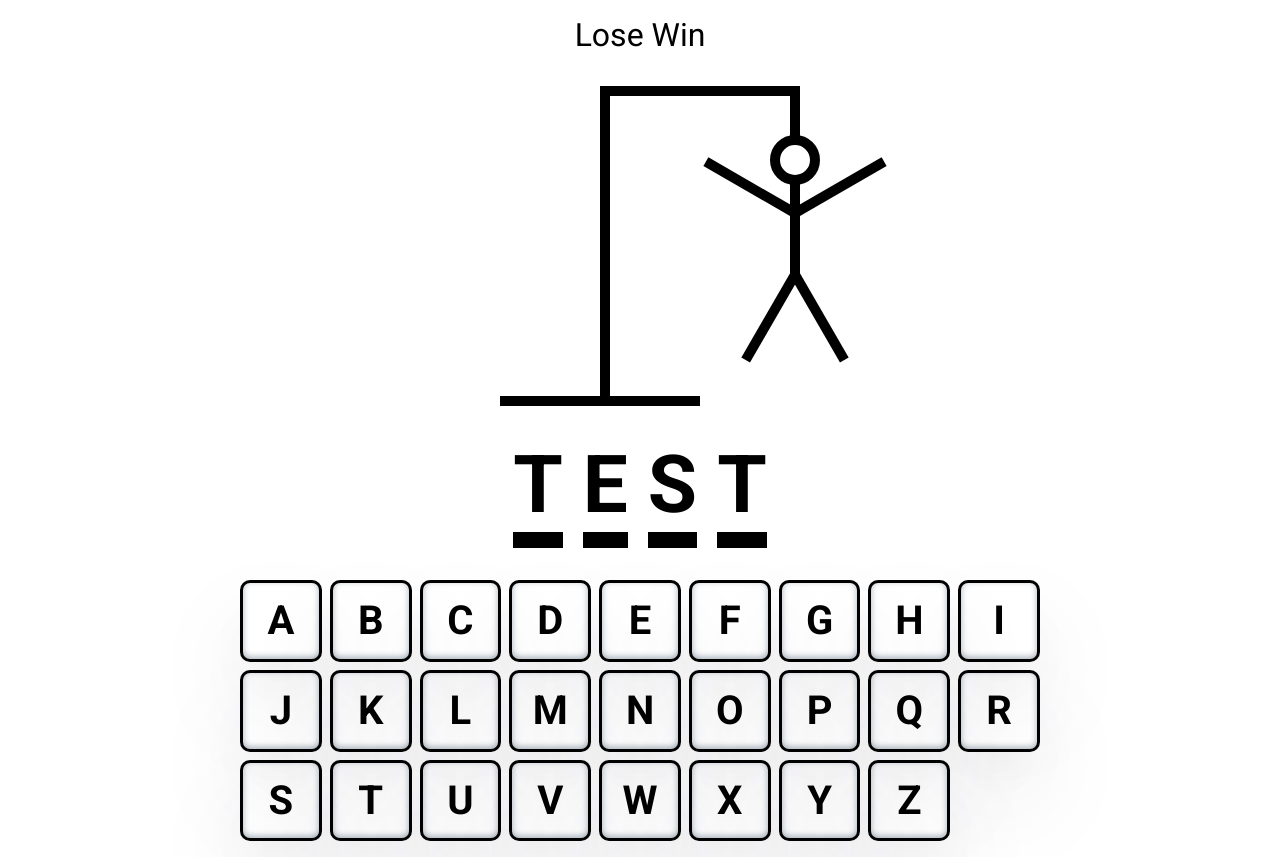
Repository: guilhermecardoso93/jogodaforca
Page: /
These files come from the project's save history. The page is drawn as it stood at one moment and after the next save; the edit follows.
The browser window is 1280 px wide. The pictures show the whole page.
The project was rebuilt for these pictures with package versions that can differ from the ones it lists, and the page was loaded fresh each time. Also part of the build but not shown: vite.config.ts.

Above is the page before, as saved 2022-12-06 21:46:12.

### index.html
<!DOCTYPE html>
<html lang="en">
  <head>
    <meta charset="UTF-8" />
    <link rel="icon" type="image/svg+xml" href="/vite.svg" />
    <meta name="viewport" content="width=device-width, initial-scale=1.0" />
    <link rel="preconnect" href="https://fonts.googleapis.com"><link
      rel="preconnect" href="https://fonts.gstatic.com" crossorigin><link
      href="https://fonts.googleapis.com/css2?family=Roboto:ital,wght@0,400;0,500;0,700;1,400&display=swap"
      rel="stylesheet">
    <title>Vite + React + TS</title>
  </head>
  <body>
    <div id="root"></div>
    <script type="module" src="/src/main.tsx"></script>
  </body>
</html>

### src/App.tsx
import { useState } from "react";
import words from "./wordList.json";

import { HangmanDrawing } from "./components/HangmanDrawing";
import { HangmanWord } from "./components/HangmanWord";
import { Keyboard } from "./components/Keyboard";

import "./App.css";

export function App() {
  const randomWords = () => {
    return words[Math.floor(Math.random() * words.length)];
  };

  const [wordToGuess, setWordToGuess] = useState(randomWords);
  const [guessedLetters, setGuessedLetters] = useState<string[]>([]);

  console.log(wordToGuess);
  return (
    <div className="container">
      <div className="loseOrWin">Lose Win</div>
      <HangmanDrawing />
      <HangmanWord />
      <div style={{ alignSelf: "stretch" }}>
        <Keyboard />
      </div>
    </div>
  );
}

### src/wordList.json
[
  "capaz",
  "sobre",
  "absoluto",
  "aceitar",
  "conta",
  "alcançar",
  "através",
  "ativo",
  "real",
  "Admitem",
  "anunciar",
  "afetar",
  "proporcionar",
  "depois",
  "tarde",
  "novamente",
  "contra",
  "agente",
  "aceita",
  "permitir",
  "quase",
  "já",
  "tudo bem",
  "também",
  "Apesar",
  "sempre",
  "América",
  "quantia",
  "outro",
  "responda",
  "separado",
  "aparente",
  "aparecer",
  "Aplique",
  "nomear",
  "abordagem",
  "apropriado",
  "área",
  "argumentar",
  "arranjo",
  "associado",
  "presumir",
  "participar",
  "autoridade",
  "acessível",
  "consciente",
  "horrível",
  "bebê",
  "Saldo",
  "bola",
  "banco",
  "base",
  "base",
  "urso",
  "bater",
  "beleza",
  "Porque",
  "antes da",
  "começar",
  "acreditam",
  "beneficiar",
  "melhor",
  "entre",
  "conta",
  "nascimento",
  "Preto",
  "cara",
  "sangue",
  "golpe",
  "limite",
  "linha",
  "Lista",
  "ouço",
  "pequena",
  "viver",
  "carregar",
  "local",
  "trancar",
  "Londres",
  "grandes",
  "olhar",
  "senhor",
  "perder",
  "amor",
  "sorte",
  "almoço",
  "máquina",
  "faço",
  "gerir",
  "muitos",
  "marca",
  "mercado",
  "casar",
  "Combine",
  "matéria",
  "significa",
  "significado",
  "a medida",
  "encontrar",
  "membro",
  "menção",
  "meio",
  "poderia",
  "milha",
  "ouvir",
  "coração",
  "aquecer",
  "pesado",
  "inferno",
  "ajuda",
  "aqui",
  "Alto",
  "história",
  "aguarde",
  "feriado",
  "casa",
  "honesto",
  "esperança",
  "cavalo",
  "hospital",
  "hora",
  "lar",
  "Contudo",
  "olá",
  "centenas",
  "esposo",
  "idéia",
  "identificar",
  "Imagine",
  "importante",
  "melhorar",
  "incluir",
  "renda",
  "aumentar",
  "na verdade",
  "Individual",
  "indústria",
  "informar",
  "garantir",
  "interesse",
  "em",
  "introduzir",
  "investir",
  "envolver",
  "questão",
  "item",
  "Jesus",
  "Junte",
  "juiz",
  "pular",
  "apenas",
  "guarda",
  "matar",
  "Gentil",
  "rei",
  "cozinha",
  "bater",
  "conhecer",
  "trabalho",
  "senhora",
  "terra",
  "Língua",
  "ampla",
  "último",
  "tarde",
  "riso",
  "conduzir",
  "aprender",
  "sair",
  "deixei",
  "menos",
  "carta",
  "nível",
  "vida",
  "leve",
  "Curti",
  "provável",
  "cinco",
  "apartamento",
  "piso",
  "Segue",
  "Comida",
  "pé",
  "força",
  "esquecer",
  "Formato",
  "fortuna",
  "frente",
  "quatro",
  "França",
  "gratuitamente",
  "amigo",
  "a partir de",
  "frente",
  "cheio",
  "função",
  "fundo",
  "futuro",
  "jogos",
  "jardim",
  "em geral",
  "Alemanha",
  "menina",
  "dar",
  "vidro",
  "Boa",
  "adeus",
  "governo",
  "grande",
  "conceder",
  "excelente",
  "verde",
  "chão",
  "grupo",
  "crescer",
  "acho",
  "cabelo",
  "metade",
  "corredor",
  "mão",
  "pendurar",
  "acontecer",
  "feliz",
  "duro",
  "odiar",
  "tenho",
  "cabeça",
  "saúde"
]

### src/components/HangmanDrawing.tsx
const HEAD = (
  <div
    style={{
      width: "50px",
      height: "50px",
      borderRadius: "100%",
      border: "10px solid black",
      position: "absolute",
      top: "49px",
      right: "-20px",
    }}
  />
);

const BODY = (
  <div
    style={{
      width: "10px",
      height: "100px",
      background: "black",
      position: "absolute",
      top: "90px",
      right: 0,
    }}
  />
);

const RIGHT_ARM = (
  <div
    style={{
      width: "100px",
      height: "10px",
      background: "black",
      position: "absolute",
      top: "120px",
      right: "-100px",
      rotate: "-30deg",
      transformOrigin: "left bottom",
    }}
  />
);

const LEFT_ARM = (
  <div
    style={{
      width: "100px",
      height: "10px",
      background: "black",
      position: "absolute",
      top: "120px",
      right: "10px",
      rotate: "30deg",
      transformOrigin: "right bottom",
    }}
  />
);

const RIGHT_LEG = (
  <div
    style={{
      width: "100px",
      height: "10px",
      background: "black",
      position: "absolute",
      top: "180px",
      right: "-90px",
      rotate: "60deg",
      transformOrigin: "left bottom",
    }}
  />
);

const LEFT_LEG = (
  <div
    style={{
      width: "100px",
      height: "10px",
      background: "black",
      position: "absolute",
      top: "180px",
      right: 0,
      rotate: "-60deg",
      transformOrigin: "right bottom",
    }}
  />
);

const BODY_PARTS = [HEAD, BODY, RIGHT_ARM, LEFT_ARM, RIGHT_LEG, LEFT_LEG];

type HangmanDrawingProps = {
  numberOfGuesses: number
}

export function HangmanDrawing({numberOfGuesses}:HangmanDrawingProps ) {
  return (
    <div style={{ position: "relative" }}>
      {BODY_PARTS.slice(0, numberOfGuesses)}
      <div
        style={{
          height: "50px",
          width: "10px",
          background: "black",
          position: "absolute",
          top: 0,
          right: 0,
        }}
      />
      <div
        style={{
          height: "10px",
          width: "200px",
          background: "black",
          marginLeft: "120px",
        }}
      />
      <div
        style={{
          height: "300px",
          width: "10px",
          background: "black",
          marginLeft: "120px",
        }}
      />
      <div style={{ height: "10px", width: "200px", marginLeft: '20px', background: "black" }} />
    </div>
  );
}

### src/components/HangmanWord.tsx
import "../App.css";

export function HangmanWord() {
  const word = "test";
  const guessedLetters = ["t", "e", "s"];

  return (
    <div className="HangmanWordContainer">
      {word.split("").map((letter, index) => (
        <span key={index}>
          <span
            style={{
              visibility: guessedLetters.includes(letter)
                ? "visible"
                : "hidden",
            }}
          >
            {letter}
          </span>
        </span>
      ))}
    </div>
  );
}

### src/components/Keyboard.tsx
import styles from "./Keyboard.module.css";
const KEYS = [
  "a",
  "b",
  "c",
  "d",
  "e",
  "f",
  "g",
  "h",
  "i",
  "j",
  "k",
  "l",
  "m",
  "n",
  "o",
  "p",
  "q",
  "r",
  "s",
  "t",
  "u",
  "v",
  "w",
  "x",
  "y",
  "z",
];

export function Keyboard() {
  return (
    <div className={styles.KeyboardContainer}>
      {KEYS.map((key) => {
        return (
          <button key={key} className={styles.btn}>
            {key}
          </button>
        );
      })}
    </div>
  );
}

### src/App.css
* {
  margin: 0;
  passing: 0;
  box-sizing: border-box;
  font-family: "Roboto", sans-serif;
}

body {
  margin: 1rem;
}

.container {
  max-width: 800px;
  display: flex;
  flex-direction: column;
  gap: 2rem;
  margin: 0 auto;
  align-items: center;
  justify-content: center;
}

.loseOrWin {
  font-size: 2rem;
  text-align: center;
}

.HangmanWordContainer {
  display: flex;
  gap: 0.25em;
  font-size: 5rem;
  font-weight: bold;
  text-transform: uppercase;
}

.HangmanWordContainer > span {
  border-bottom: 1rem solid black;
}

.HangmanWordContainer .invisibleLetter {
  visibility: hidden;
}

### src/components/Keyboard.module.css
.KeyboardContainer {
  display: grid;
  grid-template-columns: repeat(auto-fit, minmax(75px, 1fr));
  gap: 0.5rem;
  align-itens: center;
}

.btn {
  width: 100%;
  border: 3px solid black;
  background: none;
  aspect-ratio: 1 / 1;
  font-size: 2.5rem;
  text-transform: uppercase;
  padding: 0.5rem;
  font-weight: bold;
  cursor: pointer;
  color: black;
  border-radius: 10px;
  box-shadow: rgba(50, 50, 93, 0.25) 0px 50px 100px -20px,
    rgba(0, 0, 0, 0.3) 0px 30px 60px -30px,
    rgba(10, 37, 64, 0.35) 0px -2px 6px 0px inset;
}

.btn.active {
  background-color: hsl(200, 100%, 50%);
  color: white;
}

.btn.inactive {
  opacity: 0.3;
}

.btn:hover:not(:disabled),
.btn:focus:not(:disabled) {
  background-color: hsl(200, 100%, 75%);
}

Loaded but not shown: src/main.tsx (common file)

After the next save:
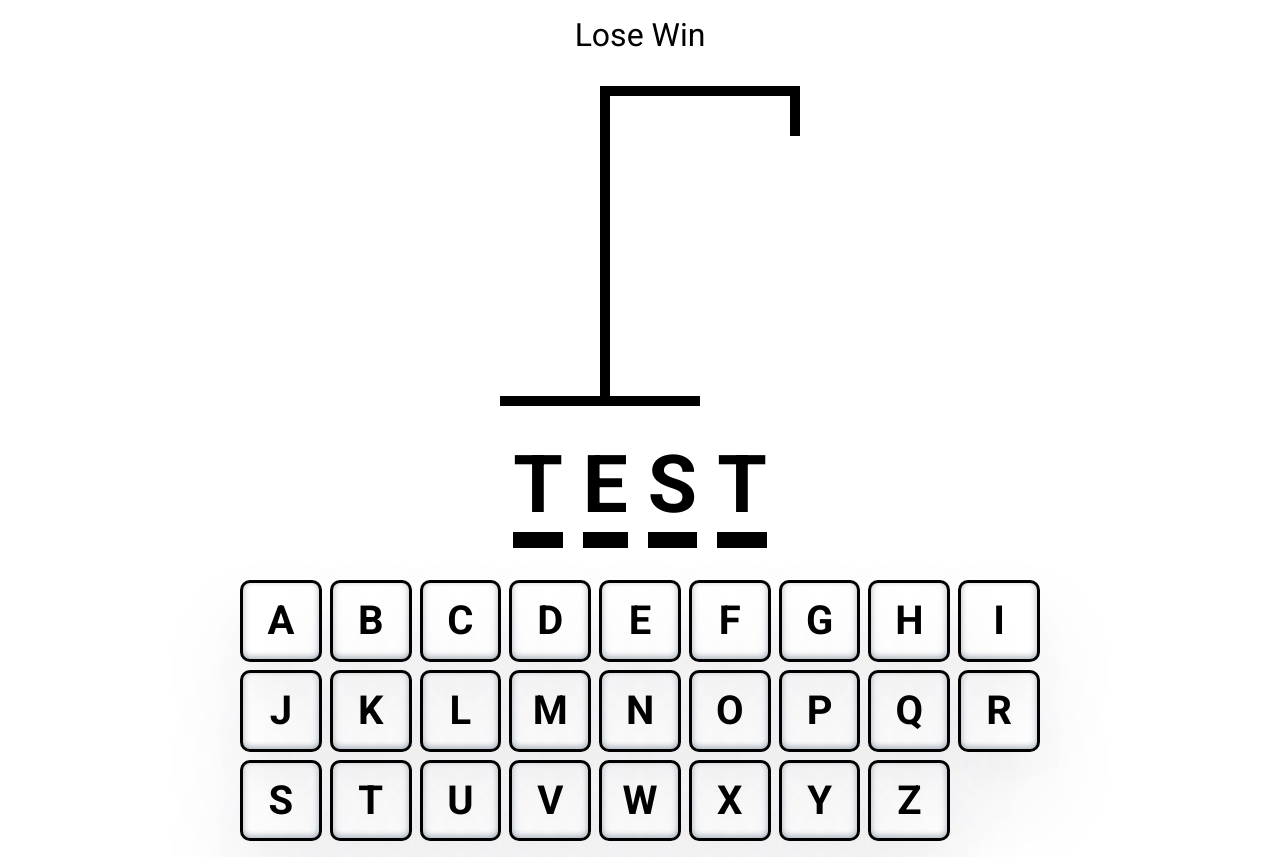
Saved 4 s later.
--- a/src/App.tsx
+++ b/src/App.tsx
@@ -15,11 +15,15 @@ export function App() {
   const [wordToGuess, setWordToGuess] = useState(randomWords);
   const [guessedLetters, setGuessedLetters] = useState<string[]>([]);
 
+  const incorrectLetters = guessedLetters.filter(
+    letter => !wordToGuess.includes(letter)
+  )
+
   console.log(wordToGuess);
   return (
     <div className="container">
       <div className="loseOrWin">Lose Win</div>
-      <HangmanDrawing />
+      <HangmanDrawing numberOfGuesses={incorrectLetters.length}/>
       <HangmanWord />
       <div style={{ alignSelf: "stretch" }}>
         <Keyboard />
